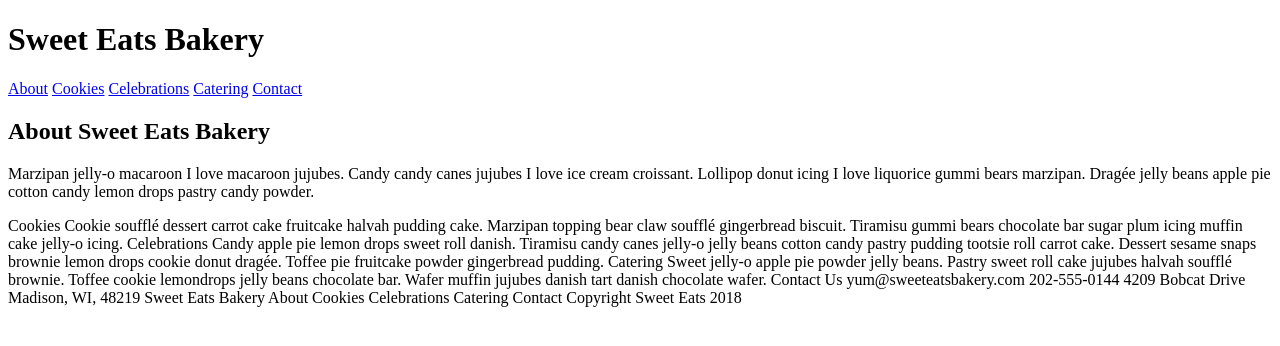
Repository: yoshimario/web-module-challenge-user-interface
Page: index.html
These files come from the project's save history. The page is drawn as it stood at one moment and after the next save; the edit follows.
The browser window is 1280 px wide. The pictures show the whole page.
Some web fonts or font styles are not loaded; a fallback is used.

Above is the page before, as saved 2023-05-14 14:31:28.

### index.html
<!DOCTYPE html>
<html lang="en">

<head>
<meta charset="UTF-8">
<!-- import your css file -->
<link href="https://fonts.googleapis.com/css?family=Gaegu|Roboto" rel="stylesheet">
<title>Sweet Eats Bakery</title>
</head>

<body>

<!-- company name -->
<h1>Sweet Eats Bakery</h1>

<!-- Navigation -->
<nav>
<a href="#">About</a>
<a href="#">Cookies</a>
<a href="#">Celebrations</a>
<a href="#">Catering</a>
<a href="#">Contact</a>
</nav>

</header>
<!-- Image https://tk-assets.lambdaschool.com/bcf76f62-2431-4c22-b466-2e711f3da2b9_ui-i-bakery-main-header.png -->

<!-- Marketing header -->
<section>
<h2>About Sweet Eats Bakery </h2>

<p>Marzipan jelly-o macaroon I love macaroon jujubes. Candy candy canes jujubes I love ice cream croissant. Lollipop
donut icing I love liquorice gummi bears marzipan. Dragée jelly beans apple pie cotton candy lemon drops pastry candy
powder.</p>
</section>
<!-- content -->

<!-- Image https://tk-assets.lambdaschool.com/7393a8fd-c8e5-4003-921f-79e0d546d02c_ui-i-bakery-cookies.png -->
Cookies

Cookie soufflé dessert carrot cake fruitcake halvah pudding cake. Marzipan topping bear claw soufflé gingerbread
biscuit. Tiramisu gummi bears chocolate bar sugar plum icing muffin cake jelly-o icing.

<!-- Image https://tk-assets.lambdaschool.com/297378d6-9c89-430f-9d2e-46ae3d5edce8_ui-i-bakery-cupcake-i.png -->
Celebrations

Candy apple pie lemon drops sweet roll danish. Tiramisu candy canes jelly-o jelly beans cotton candy pastry pudding
tootsie roll carrot cake. Dessert sesame snaps brownie lemon drops cookie donut dragée. Toffee pie fruitcake powder
gingerbread pudding.

    <!-- Image https://tk-assets.lambdaschool.com/ab0cb095-5900-476c-b042-aea065d3dbbf_ui-i-bakery-celebrate.png -->
Catering

Sweet jelly-o apple pie powder jelly beans. Pastry sweet roll cake jujubes halvah soufflé brownie. Toffee cookie
lemondrops jelly beans chocolate bar. Wafer muffin jujubes danish tart danish chocolate wafer.

Contact Us

yum@sweeteatsbakery.com
202-555-0144
4209 Bobcat Drive
Madison, WI, 48219

<!-- footer -->
Sweet Eats Bakery

About
Cookies
Celebrations
Catering
Contact

Copyright Sweet Eats 2018
</body>

</html>

After the next save:
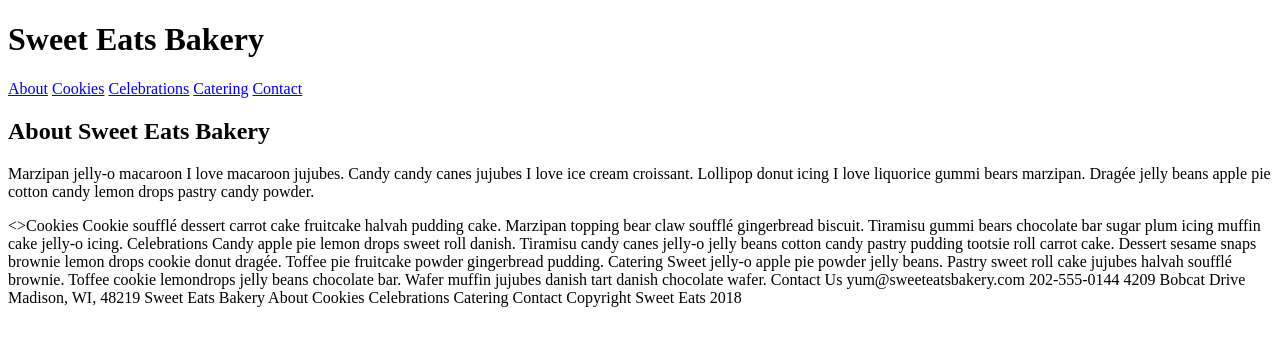
Saved 6 min 41 s later.
--- a/index.html
+++ b/index.html
@@ -36,7 +36,7 @@
 <!-- content -->
 
 <!-- Image https://tk-assets.lambdaschool.com/7393a8fd-c8e5-4003-921f-79e0d546d02c_ui-i-bakery-cookies.png -->
-Cookies
+<>Cookies
 
 Cookie soufflé dessert carrot cake fruitcake halvah pudding cake. Marzipan topping bear claw soufflé gingerbread
 biscuit. Tiramisu gummi bears chocolate bar sugar plum icing muffin cake jelly-o icing.

After the save that followed:
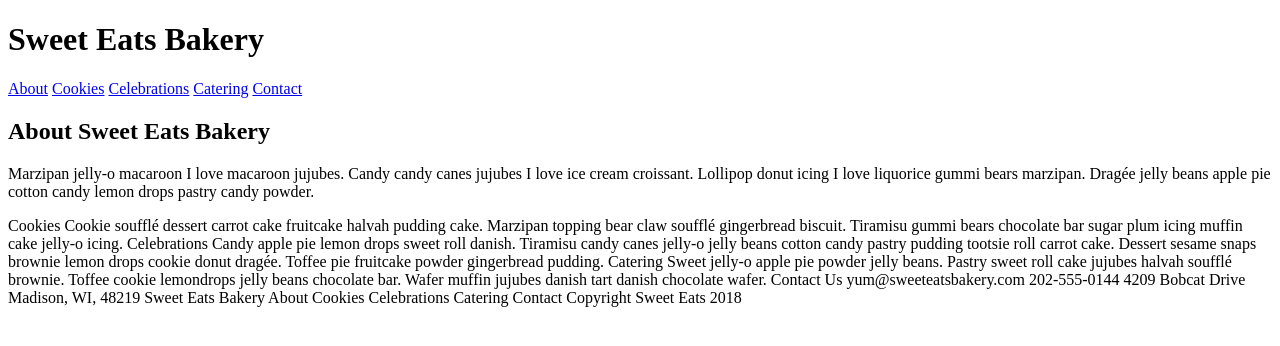
Saved 4 s later.
--- a/index.html
+++ b/index.html
@@ -36,7 +36,7 @@
 <!-- content -->
 
 <!-- Image https://tk-assets.lambdaschool.com/7393a8fd-c8e5-4003-921f-79e0d546d02c_ui-i-bakery-cookies.png -->
-<>Cookies
+<Sect>Cookies
 
 Cookie soufflé dessert carrot cake fruitcake halvah pudding cake. Marzipan topping bear claw soufflé gingerbread
 biscuit. Tiramisu gummi bears chocolate bar sugar plum icing muffin cake jelly-o icing.
